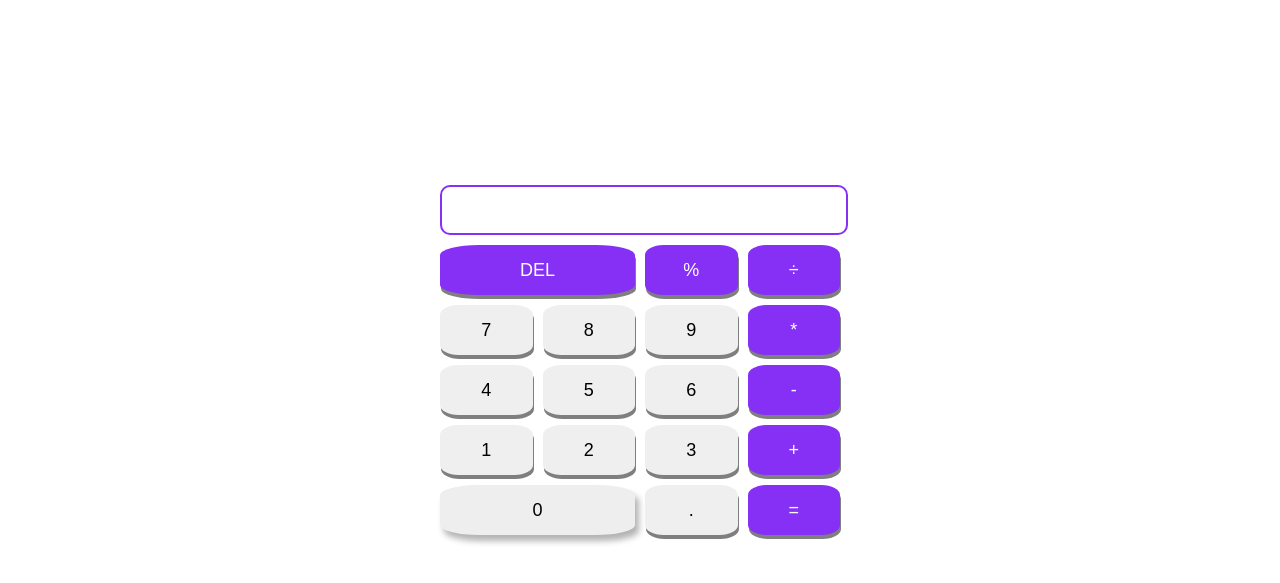
Repository: zlazlazla35/calculator
Page: /
These files come from the project's save history. The page is drawn as it stood at one moment and after the next save; the edit follows.
The browser window is 1280 px wide. The pictures show the whole page.
The project was rebuilt for these pictures with package versions that can differ from the ones it lists, and the page was loaded fresh each time.

Above is the page before, as saved 2024-10-15 16:16:17.

### public/index.html
<!DOCTYPE html>
<html lang="en">
  <head>
    <meta charset="utf-8" />
    <link rel="icon" href="%PUBLIC_URL%/favicon.png" />
    <meta name="viewport" content="width=device-width, initial-scale=1" />
    <meta name="theme-color" content="#000000" />
    <meta
      name="description"
      content="Web site created using create-react-app"
    />
    <link rel="apple-touch-icon" href="%PUBLIC_URL%/logo192.png" />
    <!--
      manifest.json provides metadata used when your web app is installed on a
      user's mobile device or desktop. See https://developers.google.com/web/fundamentals/web-app-manifest/
    -->
    <link rel="manifest" href="%PUBLIC_URL%/manifest.json" />
    <!--
      Notice the use of %PUBLIC_URL% in the tags above.
      It will be replaced with the URL of the `public` folder during the build.
      Only files inside the `public` folder can be referenced from the HTML.

      Unlike "/favicon.ico" or "favicon.ico", "%PUBLIC_URL%/favicon.ico" will
      work correctly both with client-side routing and a non-root public URL.
      Learn how to configure a non-root public URL by running `npm run build`.
    -->
    <title>계산기</title>
  </head>
  <body>
    <noscript>You need to enable JavaScript to run this app.</noscript>
    <div id="root"></div>
    <!--
      This HTML file is a template.
      If you open it directly in the browser, you will see an empty page.

      You can add webfonts, meta tags, or analytics to this file.
      The build step will place the bundled scripts into the <body> tag.

      To begin the development, run `npm start` or `yarn start`.
      To create a production bundle, use `npm run build` or `yarn build`.
    -->
  </body>
</html>

### src/App.js
import styled from "styled-components";
import './App.css';
import {  useEffect, useRef, useState } from 'react';

let Calculating = styled.div`
  width : 100%;
  margin : 0 auto;
`

let Btnbox = styled.div`
  width : 100%
  background-color: #fff;
  font-size : 18px;
  border-radius: 35%;
  display: grid;
  grid-template-columns: repeat(4, 1fr);
  gap : 10px 10px;
`

let Btn = styled.button`
  width : 100%;
  background-color: ${ props => props.bg };
  color : ${props =>  props.bg == '#8630f5' ? '#fff' :  '#000'  };
  font-size : 18px;
  border-radius: 20%;
  height : 50px;
  border: none;
  box-shadow: 1px 4px 0 rgb(0,0,0,0.5);
  transition-duration: 0.3s;
`

let ZeroBtn = styled.button`
  width : 100%;
  background-color: #eee;
  font-size : 18px;
  border-radius: 20%;
  height : 50px;
  border: none;
  box-shadow: 4px 6px 6px rgba(0, 0, 0, 0.3);
  grid-column: 1/3;
  transition-duration: 0.3s;
`




function App() {

  const [num, setNum] = useState("");
  const [afterNum, setAfterNum] = useState("");

  const [oper, setOper] = useState("");
  const [oper2, setOper2] = useState(false);
  const output = useRef();
  const active = `active`



  const getNum = (e)=>{
    if(oper2 == false){
      setNum( (prev) => prev + e.target.value );
    }

    if(oper2 == true){
      setAfterNum( (prev) => prev + e.target.value  )
    }

  }

  const getOper = (e)=>{
    setOper( () => e.target.value );
    setOper2(true);

      calResult();
      click(e.target )
  }


  const calResult = ()=>{
    switch(oper){
      case '+':
        let result = num
        result =  Number(num) + Number(afterNum)
        setNum(result);
        setAfterNum("")
        break;

      case '-':
        let result2 = num
        result2 =  Number(num) - Number(afterNum)
        setNum(result2)
        setAfterNum("")
        break;

      case '*':
        let result3 = num
        result3 =  Number(num) * Number(afterNum)
        setNum(result3)
        setAfterNum("")
        break;

      case '÷':
        let result4 = num
        result4 =  Number(num) / Number(afterNum)
        setNum(result4)
        setAfterNum("")
        break;

    }

  }


  useEffect(()=>{
    if(oper == "="){
      setOper("")
    }if(oper == "del"){
      setNum("");
      setAfterNum("");
      setOper("");
      setOper2(false);
      output.current.style.color = '#fff'
    }else{
            output.current.style.color = '#232323'
    }
  }, [oper])



  // useEffect(()=>{
  //   console.log(output.current)
  // }, [output])

  function click(a){
    a.classList.add(active);
    // console.log(a.classList.add(active))
  }


  return (
    <div className="App">
      <div className="contents">
        <Calculating>
            <input className="output" ref={output} value={ num + oper  + afterNum  }/>
          <Btnbox>
            {/* <Btn value='ac' onClick={getOper} bg="#8630f5">AC</Btn> */}
            <Btn value='del' style={{gridColumn : '1/3'}} onClick={getOper} bg="#8630f5">DEL</Btn>
            <Btn value='%' onClick={getOper} bg="#8630f5">%</Btn>
            <Btn value='÷' onClick={getOper} bg="#8630f5">÷</Btn>
            <Btn value={7} onClick={getNum}>7</Btn>
            <Btn value={8} onClick={getNum}>8</Btn>
            <Btn value={9} onClick={getNum}>9</Btn>
            <Btn value='*' onClick={getOper}  bg="#8630f5">*</Btn>
            <Btn value={4} onClick={getNum}>4</Btn>
            <Btn value={5} onClick={getNum}>5</Btn>
            <Btn value={6} onClick={getNum}>6</Btn>
            <Btn value='-'  onClick={getOper}  bg="#8630f5">-</Btn>
            <Btn value={1} onClick={getNum}>1</Btn>
            <Btn value={2} onClick={getNum}>2</Btn>
            <Btn value={3} onClick={getNum}>3</Btn>
            <Btn value="+"  onClick={getOper} bg="#8630f5">+</Btn>
            <ZeroBtn value={0} onClick={getNum}>0</ZeroBtn>
            <Btn value='.' onClick={getNum}>.</Btn>
            <Btn value='='  onClick={getOper} bg="#8630f5"> =</Btn>
          </Btnbox>
        </Calculating>
      </div>
    </div>
  );
}

export default App;

// 버튼 클릭시 그 버튼한테 active 클레스명 잠깐 붙였다가 떼어주기

### src/App.css
.App {
  text-align: center;
}

.App-logo {
  height: 40vmin;
  pointer-events: none;
}

@media (prefers-reduced-motion: no-preference) {
  .App-logo {
    animation: App-logo-spin infinite 20s linear;
  }
}

.App-header {
  background-color: #282c34;
  min-height: 100vh;
  display: flex;
  flex-direction: column;
  align-items: center;
  justify-content: center;
  font-size: calc(10px + 2vmin);
  color: white;
}

.App-link {
  color: #61dafb;
}

@keyframes App-logo-spin {
  from {
    transform: rotate(0deg);
  }
  to {
    transform: rotate(360deg);
  }
}
.App {width: 100%; height: 100vh; display: flex; align-items: center; justify-content: center;}
.contents {width: 100%; max-width: 400px; }
input {width: 100%; height: 44px; margin-bottom: 10px; border: 2px solid #8630f5; border-radius: 10px;}
input:focus {outline: #8630f5; }
.active {   box-shadow: 2px 2px 0 rgb(0,0,0,0.5) !important;
  position: relative;
  top:2px;
}

Loaded but not shown: src/index.js (common file); src/index.css (common file); src/reportWebVitals.js (common file)

After the next save:
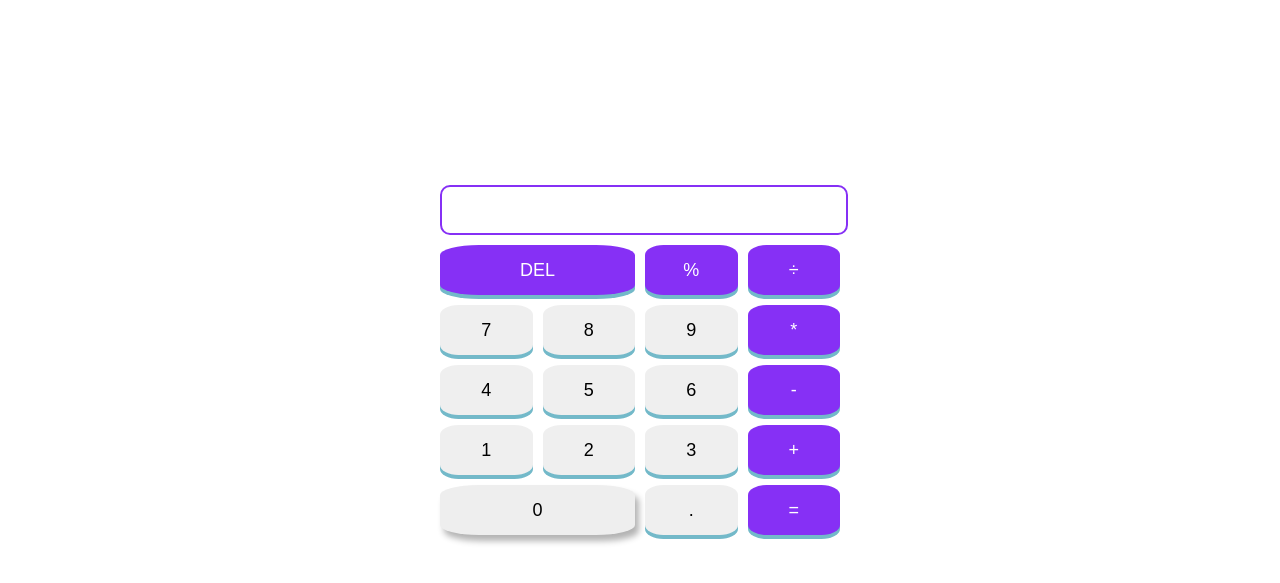
Saved 24 s later.
--- a/src/App.js
+++ b/src/App.js
@@ -25,7 +25,7 @@ let Btn = styled.button`
   border-radius: 20%;
   height : 50px;
   border: none;
-  box-shadow: 1px 4px 0 rgb(0,0,0,0.5);
+box-shadow:0px 4px 0px #73B9C9;
   transition-duration: 0.3s;
 `
 
